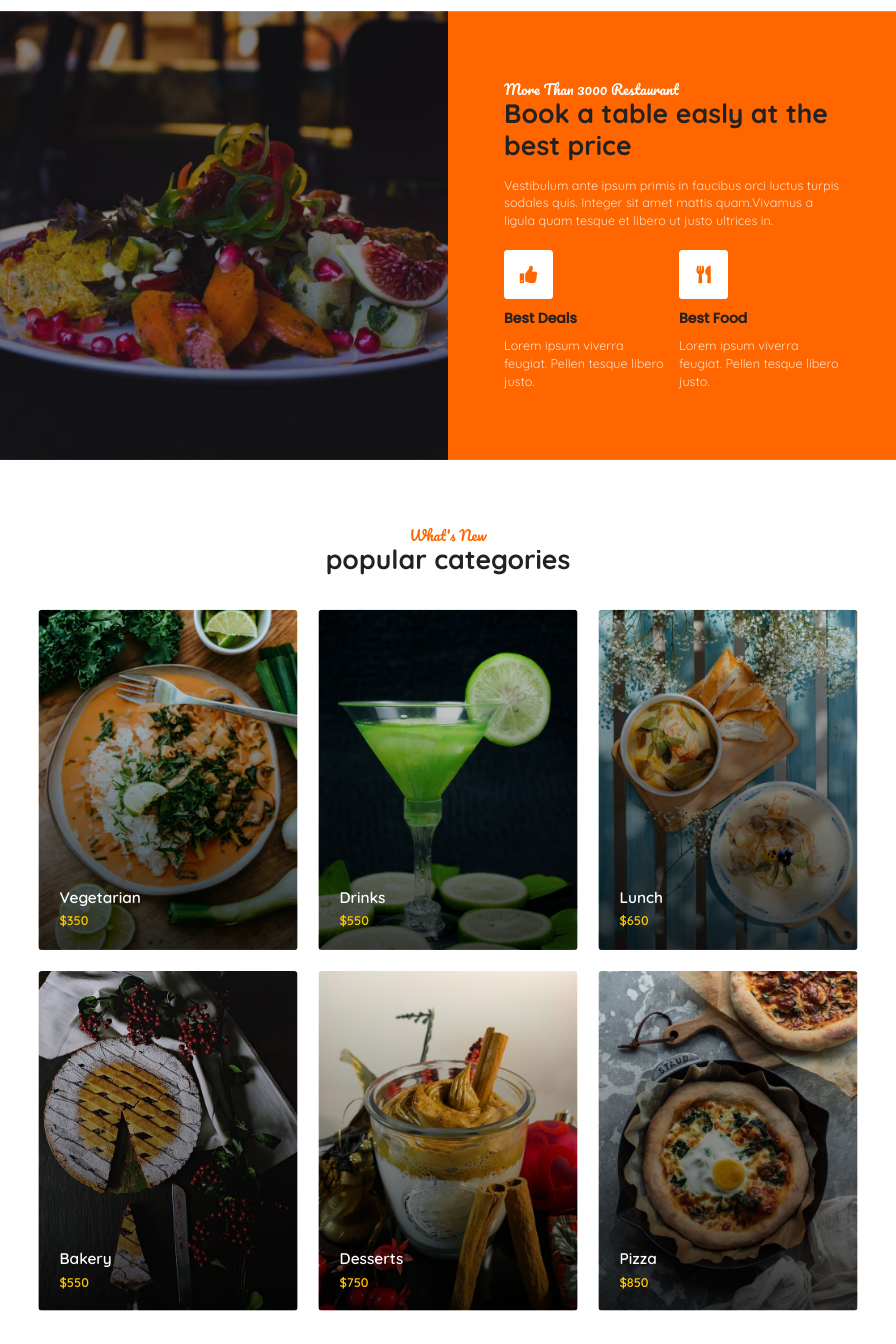
Repository: baobaodeveloper/bootscap21_project_AnhBao_VietToan_VietDuc
Page: index.html
An editor plug-in stored every save of this project. The page is shown before and after the next save, followed by the edit.
The browser window is 1280 px wide. The pictures show the part of the page from y = 880 to 2800 px (the page is 2800 px tall), at 70% of full size.
The pointer rests on the first visible `.categories__item`.
Backgrounds fixed to the window are drawn as part of the page.

Above is the page before, as saved 2022-03-03 10:28:40.

### index.html
<!DOCTYPE html>
<html lang="en">
  <head>
    <meta charset="UTF-8" />
    <meta http-equiv="X-UA-Compatible" content="IE=edge" />
    <meta name="viewport" content="width=device-width, initial-scale=1.0" />

    <!-- fontawesome link cdn -->
    <link
      rel="stylesheet"
      href="https://cdnjs.cloudflare.com/ajax/libs/font-awesome/5.15.4/css/all.min.css"
      integrity="sha512-1ycn6IcaQQ40/MKBW2W4Rhis/DbILU74C1vSrLJxCq57o941Ym01SwNsOMqvEBFlcgUa6xLiPY/NS5R+E6ztJQ=="
      crossorigin="anonymous"
      referrerpolicy="no-referrer"
    />

    <!-- font -->
    <link rel="preconnect" href="https://fonts.googleapis.com" />
    <link rel="preconnect" href="https://fonts.gstatic.com" crossorigin />
    <link
      href="https://fonts.googleapis.com/css2?family=Pacifico&family=Poppins:wght@300;400;500&family=Quicksand:wght@300;400;500;600;700&display=swap"
      rel="stylesheet"
    />

    <link rel="stylesheet" href="style.css" />
    <title>Diner</title>
  </head>
  <body>
    <header class="header">
      <div class="header__wrapper container">
        <div class="header__top">
          <a class="header__logo" href="#">Diner</a>

          <div class="header__navbar">
            <form class="navbar__search">
              <input type="search" placeholder="Search here..." id="search" />
              <label for="search" class="fas fa-search"></label>
            </form>

            <div class="mode__container">
              <i class="fas fa-sun" id="dark"></i>
              <i class="fas fa-moon" id="light"></i>
            </div>

            <div class="fa fa-bars" id="menu-button"></div>
          </div>

          <nav class="navbar__list">
            <i class="fas fa-times" id="close-button"></i>
            <a href="#">home</a>
            <a href="#">about</a>
            <a href="#">services</a>
            <a href="#">blogs</a>
            <a href="#">404</a>
            <a href="#">landing page</a>
            <a href="#">contact</a>
            <a href="#">shot codes</a>
            <a href="#">email</a>
          </nav>
        </div>

        <div class="header__content">
          <h2>the only thing we love more than food is you!</h2>
          <p>
            Lorem ipsum dolor sit amet consectetur ipsum elit. Qui eligendi
            vitae sit.Ea ipsum sed consequuntur illum facere.
          </p>
          <a href="#" class="btn"
            >read more <i class="fas fa-angle-right"></i
          ></a>
        </div>
      </div>
    </header>

    <section class="about container pad-med">
      <div class="heading">
        <span>about us</span>
        <h3>We found our creative space that is open for you.</h3>
      </div>

      <div class="text">
        <p>
          Lorem ipsum viverra feugiat. Pellen tesque libero ut justo, ultrices
          in ligula. Semper at tempufddfel. Lorem ipsum dolor sit amet elit. Non
          quae, fugiat nihil ad. Lorem ipsum dolor sit amet. Lorem ipsum init
          dolor sit, amet elit. Dolor ipsum non velit, culpa!Lorem ipsum init
          dolor sit.
        </p>

        <p>
          Lorem ipsum viverra feugiat. Pellen tesque libero ut justo, ultrices
          in ligula. Semper at tempufddfel. Lorem ipsum dolor sit amet elit. Non
          quae, fugiat nihil ad. Lorem ipsum dolor sit amet.
        </p>
      </div>
    </section>

    <section class="restaurant">
      <div class="restaurant__img">
        <img src="./image/banner3.jpg" alt="#" />
      </div>

      <div class="restaurant__content">
        <div class="heading">
          <span>more than 3000 restaurant</span>
          <h3>Book a table easly at the best price</h3>
        </div>

        <div class="text">
          <p>
            Vestibulum ante ipsum primis in faucibus orci luctus turpis sodales
            quis. Integer sit amet mattis quam.Vivamus a ligula quam tesque et
            libero ut justo ultrices in.
          </p>
        </div>

        <div class="restaurant__best">
          <div class="best__item">
            <i class="fas fa-thumbs-up"></i>
            <h4>best deals</h4>
            <p class="text">
              Lorem ipsum viverra feugiat. Pellen tesque libero justo.
            </p>
          </div>

          <div class="best__item">
            <i class="fas fa-utensils"></i>
            <h4>best food</h4>
            <p class="text">
              Lorem ipsum viverra feugiat. Pellen tesque libero justo.
            </p>
          </div>
        </div>
      </div>
    </section>

    <section class="categories container pad-med">
      <div class="heading text-align pad-med">
        <span>what's new</span>
        <h3>popular categories</h3>
      </div>

      <div class="categories__list">
        <div class="categories__item">
          <div class="categories__img">
            <img src="./image/g1.jpg" alt="" />
          </div>
          <div class="categories__info">
            <span class="categories__name"> vegetarian </span>
            <span class="categories__price"> $350 </span>
          </div>
        </div>

        <div class="categories__item">
          <div class="categories__img">
            <img src="./image/g2.jpg" alt="" />
          </div>
          <div class="categories__info">
            <span class="categories__name"> drinks </span>
            <span class="categories__price"> $550 </span>
          </div>
        </div>

        <div class="categories__item">
          <div class="categories__img">
            <img src="./image/g3.jpg" alt="" />
          </div>
          <div class="categories__info">
            <span class="categories__name"> lunch </span>
            <span class="categories__price"> $650 </span>
          </div>
        </div>

        <div class="categories__item">
          <div class="categories__img">
            <img src="./image/g4.jpg" alt="" />
          </div>
          <div class="categories__info">
            <span class="categories__name"> bakery </span>
            <span class="categories__price"> $550 </span>
          </div>
        </div>

        <div class="categories__item">
          <div class="categories__img">
            <img src="./image/g5.jpg" alt="" />
          </div>
          <div class="categories__info">
            <span class="categories__name"> desserts </span>
            <span class="categories__price"> $750 </span>
          </div>
        </div>

        <div class="categories__item">
          <div class="categories__img">
            <img src="./image/g6.jpg" alt="" />
          </div>
          <div class="categories__info">
            <span class="categories__name"> pizza </span>
            <span class="categories__price"> $850 </span>
          </div>
        </div>
      </div>
    </section>

    <script src="app.js"></script>
  </body>
</html>

### style.css
* {
  padding: 0;
  margin: 0;
  box-sizing: border-box;
}

:root {
  --primary-font: "Quicksand", sans-serif;
  --secondary-font: "Pacifico", cursive;
  --third-font: "Poppins", sans-serif;
  --primary-color: #ff6600;
  --title-color: #232121;
  --white-color: #fff;
  --text-color: #161c2db3;
  --price-color: #ffc600;
}

img {
  display: block;
  max-width: 100%;
}

button,
input {
  display: inline-block;
  border: none;

  font-family: var(--primary-font);
  font-size: 1.6rem;

  outline: none;
}

a {
  display: inline-block;
  text-decoration: none;
}

html {
  font-size: 62.5%;
}

.container {
  max-width: 1200px;
  margin: 0 auto;
  padding: 0 1.5rem;
}

body {
  color: var(--title-color);

  font-family: var(--primary-font);
  font-size: 1.8rem;
  line-height: 1.2;
}

.pad-med {
  padding-top: 4.8rem;
  padding-bottom: 4.8rem;
}

.text-align {
  text-align: center;
}

.heading span {
  margin-bottom: 0.5rem;

  color: var(--primary-color);

  font-family: var(--secondary-font);
  font-size: 2rem;
  text-transform: capitalize;
}

.heading h3 {
  font-size: 3.8rem;
}

.text {
  color: var(--text-color);

  font-size: 1.8rem;
  line-height: 1.4;
}

.text p {
  margin: 2rem 0;
}

.btn {
  display: inline-flex;
  align-items: center;
  padding: 1.2rem 4.5rem;
  border-radius: 0.5rem;
  border: 1.5px solid var(--white-color);

  color: var(--white-color);
  background-color: transparent;

  font-family: var(--third-font);
  font-size: 1.6rem;
  text-transform: capitalize;
  font-weight: bold;

  transition: 0.4s linear;
}

.btn i {
  display: inline-block;
  margin-left: 0.5rem;

  font-size: 2rem;
}

.btn:hover {
  background-color: var(--white-color);
  color: var(--primary-color);
}

/* header section starts */
#dark {
  display: none;
}

.header {
  background-image: linear-gradient(to right, #ff6600, hsl(30deg 100% 1% / 20%)),
    url(./image/banner1.jpg);

  background-size: cover;
  background-repeat: no-repeat;
  background-attachment: fixed;

  min-height: 70vh;
}

.header__top {
  display: flex;
  justify-content: space-between;
  padding-top: 4rem;
  padding-bottom: 2rem;
}

.header__logo {
  color: var(--white-color);

  font-size: 3.3rem;
  font-weight: bold;
}

.navbar__search {
  position: relative;
}

.navbar__search input {
  padding: 1rem 5rem 1rem 2rem;

  border-radius: 0.5rem;

  color: var(--text-color);
}

.navbar__search label {
  position: absolute;
  top: 50%;
  right: 2.5rem;

  transform: translate(50%, -50%);

  font-size: 1.5rem;

  cursor: pointer;
}

.header__navbar {
  display: flex;
  justify-content: space-between;
  align-items: center;
  gap: 2rem;
}

.mode__container,
#menu-button {
  color: var(--white-color);

  cursor: pointer;
}

.mode__container {
  font-size: 2.4rem;
}

#menu-button {
  font-size: 3.1rem;
}

.header__content {
  max-width: 60rem;
  margin-top: 10rem;

  color: var(--white-color);
}

.header__content h2 {
  font-size: 5.4rem;

  text-transform: capitalize;
}

.header__content p {
  margin: 2.4rem 0 4.8rem;

  font-size: 1.6rem;
  line-height: 1.6;
}

.navbar__list {
  position: fixed;
  top: 0;
  left: 0;
  width: 100vw;
  height: 100vh;
  z-index: 20;

  display: flex;
  flex-direction: column;
  align-items: center;
  justify-content: center;

  visibility: hidden;
  opacity: 0;
  transform: scale(0.9);

  background-color: rgb(6 3 0 / 77%);

  transition: transform 0.3s, opacity 0.9s, visibility 0s 0.4s;
}

.navbar__list.active {
  visibility: visible;
  opacity: 1;
  transform: scale(1);

  transition: transform 0.4s, opacity 0.4s;
}

.navbar__list a {
  margin: 1.5rem 0;

  color: var(--white-color);

  text-transform: capitalize;
  font-family: var(--third-font);
  font-size: 2rem;
  font-weight: 600;

  transition: 0.2s linear;
}

.navbar__list a:hover {
  color: var(--primary-color);
}

#close-button {
  position: absolute;
  top: 3rem;
  right: 3rem;
  z-index: 25;

  width: 3.5rem;
  height: 3.5rem;
  border-radius: 0.5rem;

  color: var(--white-color);
  background-color: var(--primary-color);

  line-height: 3.5rem;
  text-align: center;
  font-size: 1.6rem;

  cursor: pointer;
}

/* header section ends */

/* about section starts */
.about {
  display: flex;
  gap: 6rem;
  flex-wrap: wrap;
}

.about .heading {
  width: calc(40% - 3rem);
}

.about .text {
  width: calc(60% - 3rem);
}

/* about section ends */

/* restaurant section starts */
.restaurant {
  display: flex;
  justify-content: space-between;
  flex-wrap: wrap;
}

.restaurant__img {
  position: relative;

  width: 50%;
}
.restaurant__img::before {
  content: "";
  position: absolute;
  width: 100%;
  height: 100%;
  top: 0;
  left: 0;
  z-index: 4;

  background-color: rgb(16 15 19 / 46%);
}

.restaurant__img img {
  width: 100%;
  height: 100%;
  object-fit: cover;
}

.restaurant__content {
  padding: 10rem 8rem;
  width: 50%;

  background-color: var(--primary-color);
}

.restaurant__content .heading span {
  color: var(--white-color);
}

.restaurant__content .text {
  color: #ffdfc9;
}

.restaurant__best {
  margin-top: 3rem;
  display: flex;
  justify-content: space-between;
  gap: 2rem;
}

.best__item {
  width: 50%;
}
.best__item i {
  display: inline-block;
  width: 7rem;
  height: 7rem;
  border-radius: 0.5rem;

  color: var(--primary-color);
  background-color: var(--white-color);

  line-height: 7rem;
  text-align: center;
  font-size: 2.5rem;
}

.best__item h4 {
  margin: 1.5rem 0;

  text-transform: capitalize;
  font-family: var(--third-font);
  font-size: 2rem;
}
/* restaurant section ends */

/* categories section starts */
.categories__list {
  display: grid;
  grid-template-columns: repeat(auto-fill, minmax(30rem, 1fr));
  grid-gap: 3rem;
}

.categories__img {
  width: 100%;
}

.categories__item {
  position: relative;

  border-radius: 0.5rem;
  overflow: hidden;
}

.categories__item::before {
  content: "";
  position: absolute;
  inset: 0;
  z-index: 1;
  background: linear-gradient(
    to bottom,
    rgba(0, 0, 0, 0) 0,
    rgba(0, 0, 0, 0.53) 69%,
    rgba(0, 0, 0, 0.76) 100%
  );
}

.categories__info {
  position: absolute;
  bottom: 3rem;
  left: 3rem;
  z-index: 3;
}

.categories__name {
  display: block;
  margin-bottom: 1rem;

  color: var(--white-color);

  text-transform: capitalize;
  font-size: 2.2rem;
  font-weight: 600;
}

.categories__price {
  color: var(--price-color);

  font-size: 1.8rem;
  font-weight: 600;
}

.categories__img img {
  width: 100%;
  height: 100%;
  object-fit: cover;
}
/* categories section ends */

/* media query */
@media screen and (max-width: 1200px) {
  .restaurant__img,
  .restaurant__content {
    width: 100%;
  }

  .restaurant__content {
    text-align: center;
  }

  .best__item {
    display: flex;
    flex-direction: column;
    justify-content: center;
    align-items: center;
  }
}

@media screen and (max-width: 991px) {
  .header {
    background-position: center;

    min-height: 60vh;
  }

  .about {
    gap: 0rem;
  }

  .about .heading {
    text-align: center;
  }

  .about .heading,
  .about .text {
    width: 100%;
  }
}

@media screen and (max-width: 767px) {
  html {
    font-size: 55%;
  }

  .header {
    min-height: 50vh;
  }

  .restaurant__content {
    padding: 3rem 2rem;
  }
}

### app.js
const menuBtn = document.getElementById("menu-button");
const navList = document.querySelector(".navbar__list");
const closBtn = document.getElementById("close-button");
menuBtn.addEventListener("click", () => {
  navList.classList.add("active");
});

closBtn.addEventListener("click", () => {
  navList.classList.remove("active");
});

After the next save:
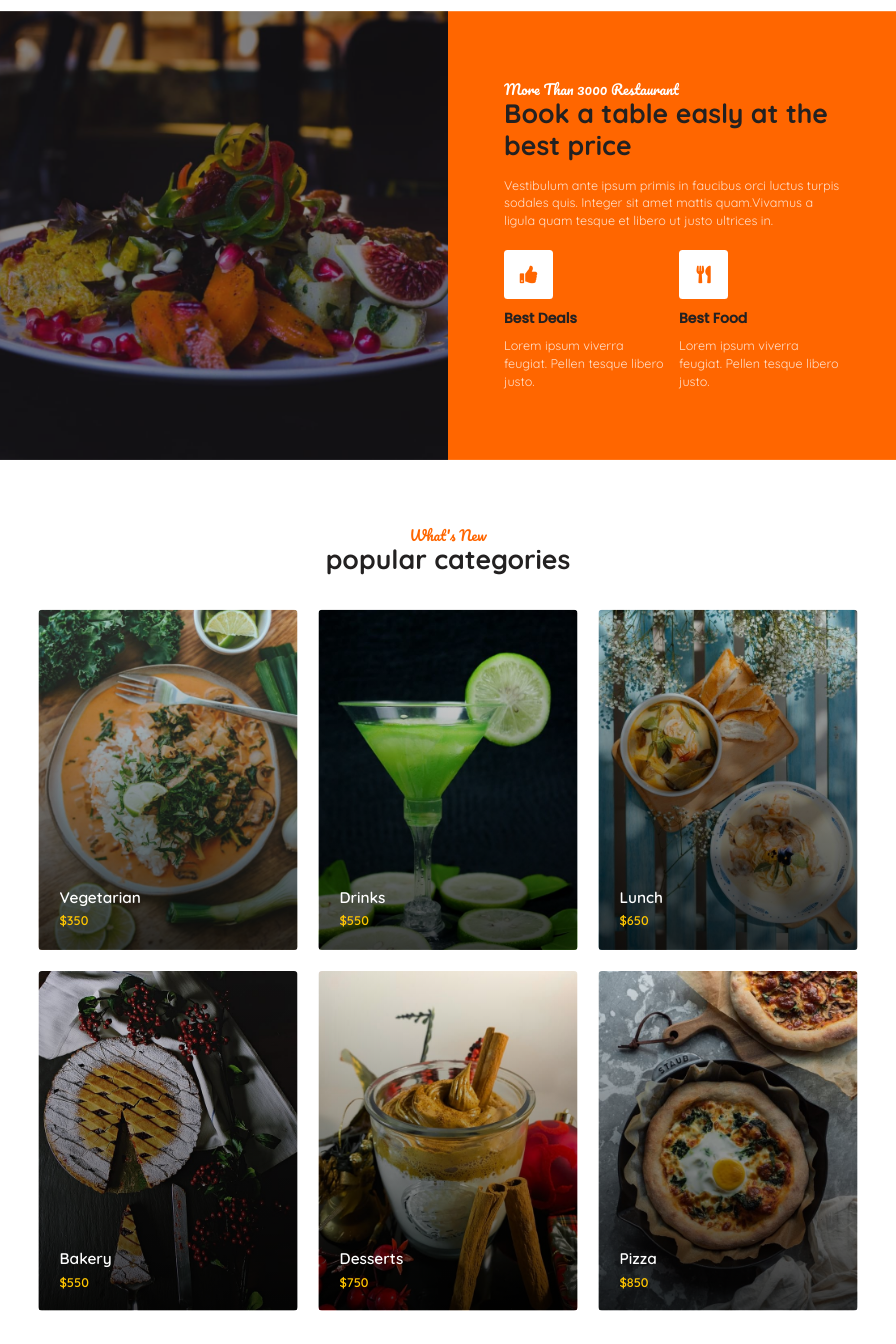
Saved 3 min 59 s later.
--- a/style.css
+++ b/style.css
@@ -394,6 +394,10 @@ body {
 
   border-radius: 0.5rem;
   overflow: hidden;
+}
+
+.categories__item:hover img {
+  opacity: 0.85;
 }
 
 .categories__item::before {
